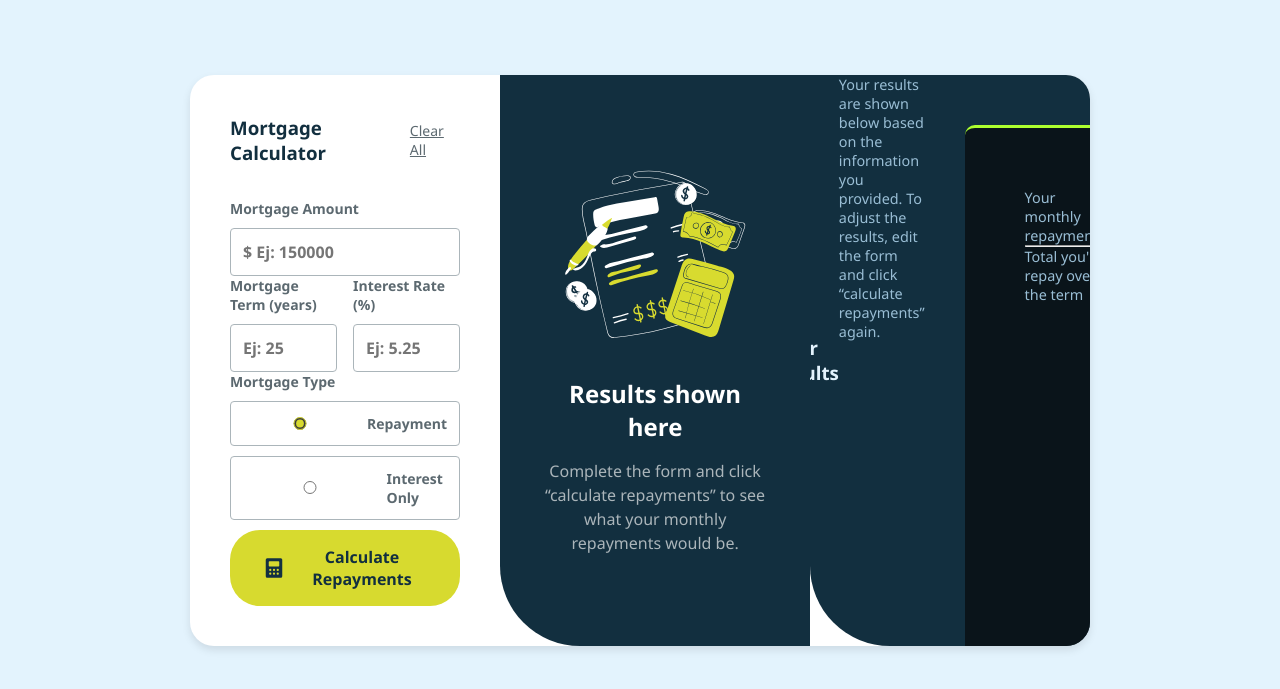
Repository: GravielPV/Mortgage-repayment-calculator
Page: index.html
An editor plug-in stored every save of this project. The page is shown before and after a run of saves, followed by the edit.
The browser window is 1280 px wide. The pictures show the whole page.

Above is the page before, as saved 2025-12-14 15:18:12.

After the next 3 saves:
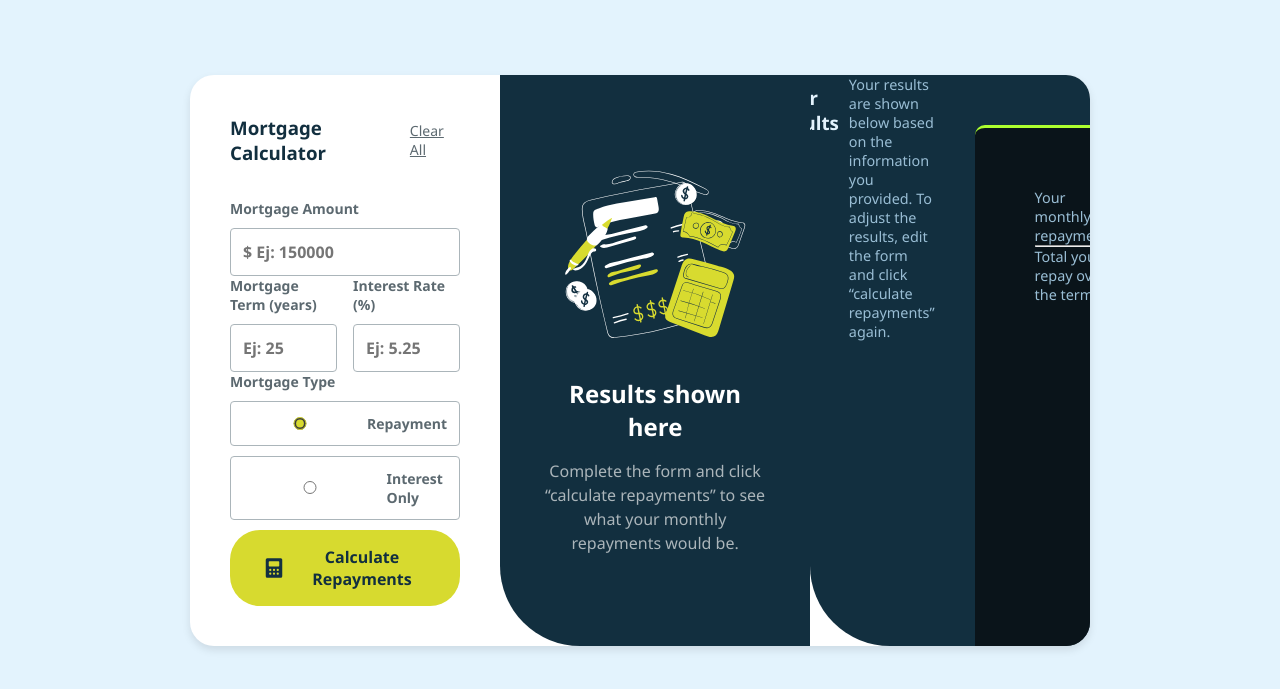
The 3 saves are shown as one change because they came seconds apart.
The last was saved 13 s later.
--- a/styles.css
+++ b/styles.css
@@ -218,7 +218,7 @@ button:hover {
 .resultado h3{
 
     color: hsl(202, 86%, 94%);
-    margin: auto;
+    padding: 10px;
 
 }
 
